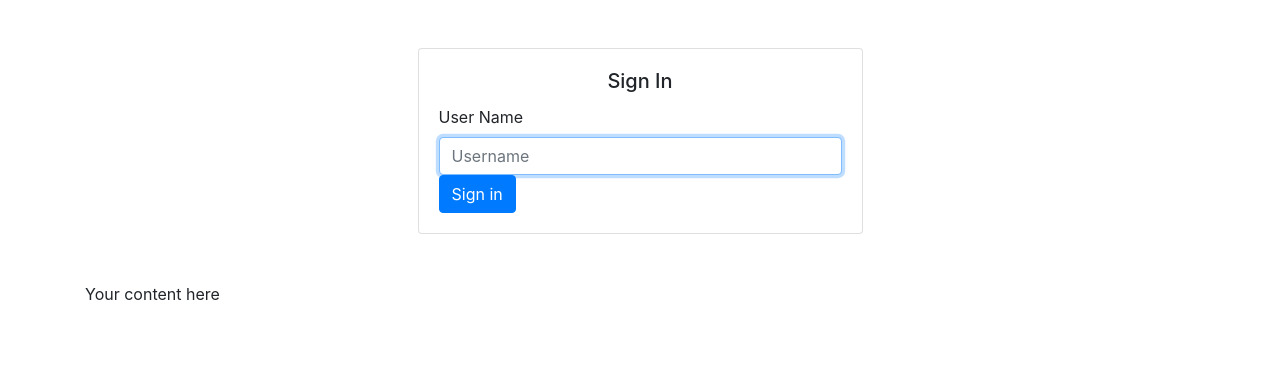
Repository: pravinsakthivel/ecommerce
Page: /
An editor plug-in stored every save of this project. The page is shown before and after the next save, followed by the edit.
The browser window is 1280 px wide. The pictures show the whole page.
The project was rebuilt for these pictures with package versions that can differ from the ones it lists, and the page was loaded fresh each time. Also part of the build but not shown: src/components/ProductItem.vue, src/components/UI/ShoppingCartIcon.vue, src/components/UI/NavigationBar.vue, src/components/UI/SearchBar.vue, src/components/ProductDescriptionModal.vue, src/components/ProductList.vue, src/components/PayPalComponent.vue, src/components/PaymentDetails.vue and 5 more.

Above is the page before, as saved 2021-04-10 20:41:36.

### public/index.html
<!DOCTYPE html>
<html lang="">
  <head>
    <meta charset="utf-8">
    <meta http-equiv="X-UA-Compatible" content="IE=edge">
    <meta name="viewport" content="width=device-width,initial-scale=1.0">
    <link rel="icon" href="<%= BASE_URL %>favicon.ico">
    <link href="https://fonts.googleapis.com/css?family=Nunito+Sans:400,400i,700,900&display=swap" rel="stylesheet">
    <title><%= htmlWebpackPlugin.options.title %></title>
  </head>
  <body>
    <noscript>
      <strong>We're sorry but <%= htmlWebpackPlugin.options.title %> doesn't work properly without JavaScript enabled. Please enable it to continue.</strong>
    </noscript>
    <div id="app"></div>
    <!-- built files will be auto injected -->
  </body>
</html>

### src/main.js
import { createApp } from 'vue';
import App from './App.vue';
import router from './router.js';
import store from './store.js';
import 'bootstrap';
import 'font-awesome/css/font-awesome.min.css';
import 'bootstrap/dist/css/bootstrap.min.css';
import BaseButton from "./components/UI/BaseButton.vue";
import BaseBadge from './components/UI/BaseBadge.vue';
import TheJumbotrom from './components/UI/TheJumbotron.vue';
import BaseModal from './components/UI/BaseModal.vue';



const app = createApp(App);
app.use(router);
app.use(store);
app.component('base-button',BaseButton);
app.component('base-badge',BaseBadge);
app.component('the-jumbotron',TheJumbotrom);
app.component('base-modal',BaseModal);
app.mount('#app');

### src/App.vue
<template>
 <router-view></router-view>
 <div id="wrap">
  <div id="main" class="container clear-top">
    <p>Your content here</p>
  </div>
</div>
<footer class="footer"></footer>
</template>

<script>

export default {
  name: 'App',
}
</script>

<style scoped>
html, body {
  height: 100%;
}

#wrap {
  min-height: 100%;
}

#main {
  overflow:auto;
  padding-bottom:150px; /* this needs to be bigger than footer height*/
}

.footer {
  position: relative;
  margin-top: -150px; /* negative value of footer height */
  height: 150px;
  clear:both;
  padding-top:20px;
}
</style>

### src/router.js
import { createRouter, createWebHistory } from "vue-router";
import ProductList from "./components/ProductList.vue";
import CartList from "./components/CartList.vue";
import OrderSuccessPage from "./components/UI/OrderSuccess.vue";
import LoginPage from "./components/UI/LoginPage.vue";

const router = createRouter({
  history: createWebHistory(),
  routes: [
    {
      path: "/",
      redirect: "/login",
    },
    {
      path: "/cartIems",
      component: CartList,
    },
    {
      path: "/products",
      component: ProductList,
    },
    {
      path: "/orderSuccessPage",
      component: OrderSuccessPage,
    },
    {
      path: "/login",
      component: LoginPage,
    },
  ],
});

export default router;

### src/store.js
import {createStore} from 'vuex';
import productModule from './store/products/index.js'

const store = createStore({
   modules:{
        products:productModule
   }
});

export default store;

### src/components/UI/BaseButton.vue
<template>
    <button
        class="btn btn-primary"
        type="submit"
        @click.prevent="clickAction"
      >
        <slot></slot>
      </button>
</template>
<script>
export default {
    emits:['click-action'],
    methods:{
        clickAction(){
            this.$emit('click-action');
        }
    }
}
</script>

### src/components/UI/LoginPage.vue
<template>
  <div class="container">
    <div class="row">
      <div class="col-sm-9 col-md-7 col-lg-5 mx-auto">
        <div class="card card-signin my-5">
          <div class="card-body">
            <h5 class="card-title text-center">Sign In</h5>
            <form class="form-signin">
              <div class="form-label-group">
                <label for="userName">User Name</label>
                <input
                  type="text"
                  id="userName"
                  class="form-control"
                  :class="{ 'is-invalid': errorClass }"
                  placeholder="Username"
                  required
                  autofocus
                  v-model="userName"
                />
              </div>
              <base-button
                customClass="btn mt-3  btn-primary btn-block text-uppercase"
                @click-action="login"
                >Sign in</base-button
              >
            </form>
          </div>
        </div>
      </div>
    </div>
  </div>
</template>
<script>
export default {
  data() {
    return {
      userName: "",
      errorClass: false,
    };
  },
  methods: {
    login() {
      if (this.userName != "") {
        this.errorClass = false;
        this.$store.dispatch("products/setUser", this.userName);
        this.$router.push("/products");
      } else {
        this.errorClass = true;
      }
    },
  },
};
</script>

### src/store/products/index.js
import actions from './actions.js';
import getters from './getters.js';
import mutations from './mutations.js';

export default{
    namespaced:true,
    state(){
        return{
            products: [],
            cartItems: [],
            productsIdsInCart:[],
            searchedItems:[],
            lastUpdated:null,
            loggedInUser :''
        }
    },
    actions,
    getters,
    mutations
}

### src/store/products/actions.js
export default {
  async loadProducts(context,forceRefresh) {
    console.log(context.getters.shouldRefresh , forceRefresh);
    if(!context.getters.shouldRefresh && !forceRefresh){
      console.log("sending cache data");
      return;
    }
    console.log("sending fetched data");
    let url = `https://products-data-b01f9-default-rtdb.firebaseio.com/products/-MXaxOFKGRgCKs_OkzrR.json`;
    let response = await fetch(url);
    let responseData = await response.json();
    context.commit("setProducts", responseData);
    context.commit("setTimeStamp");
  },
  setProducts(context, payload) {
    context.commit("setProducts", payload);
  },
  addProductItemToCart(context, product) {
    let cartItems = [...context.getters.getCartItems, product];
    context.dispatch("addProductIdInCart", product.productId);
    context.commit("setCartItems", cartItems);
  },
  addProductIdInCart(context, data) {
    let productIdsInCart = [...context.getters.getproductIdsIncart, data];
    context.commit("setProductIdsInCart", productIdsInCart);
  },
  setCartItems(context, data) {
    context.commit("setCartItems", data);
  },
  removeCartItem(context, productId) {
    let cartItems = context.getters.getCartItems;
    let filteredItems = cartItems.filter((item) => {
      return item.productId != productId;
    });
    context.dispatch("removeProductIdInCart", productId);
    context.commit("setCartItems", filteredItems);
  },
  removeProductIdInCart(context, productId) {
    let productIdsInCart = context.getters.getproductIdsIncart;
    const index = productIdsInCart.indexOf(productId);
    if (index > -1) {
      productIdsInCart.splice(index, 1);
    }
    context.commit("setProductIdsInCart", productIdsInCart);
  },
  setSearchedItems(context, payload) {
    context.commit("setSearchedItems", payload);
  },
  setUser(context,userName){
    context.commit("setUser",userName);
  },
  resetProductIdsInCart(context){
    context.commit("setProductIdsInCart",[])
  }
};

### src/store/products/getters.js
export default {
  getProducts(state) {
    return state.products;
  },
  getCartItems(state) {
    return state.cartItems;
  },
  getproductIdsIncart(state) {
    return state.productsIdsInCart;
  },
  shouldRefresh(state) {
    let lastUpdate = state.lastUpdated;
    if (!lastUpdate) {
      return true;
    }
    const currentTimeStamp = new Date().getTime();
    return (currentTimeStamp - lastUpdate) / 1000 > 60;
  },
  getSearchItems(state){
      return state.searchedItems;
  },
  getLoggedInUser(state){
    return state.loggedInUser;
  }
};

### src/store/products/mutations.js
export default {
  setCartItems(state, payload) {
    state.cartItems = payload;
  },
  setProducts(state, payload) {
    state.products = payload;
  },
  setProductIdsInCart(state, payload) {
    state.productsIdsInCart = payload;
  },
  setTimeStamp(state) {
    state.lastUpdated = new Date().getTime();
  },
  setSearchedItems(state, payload) {
    state.searchedItems = payload;
  },
  setUser(state, userName) {
    state.loggedInUser = userName;
  },
};

After the next save:
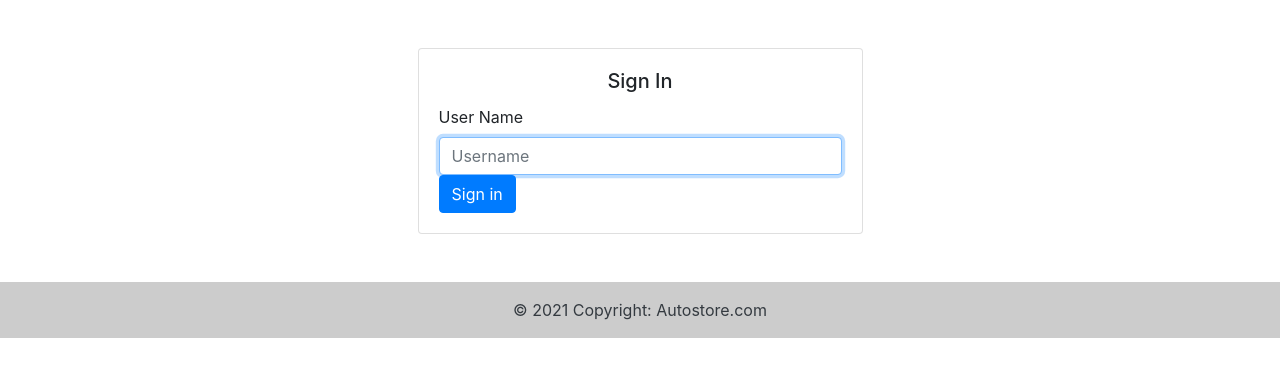
Saved 118 s later.
--- a/src/App.vue
+++ b/src/App.vue
@@ -1,11 +1,9 @@
 <template>
  <router-view></router-view>
- <div id="wrap">
-  <div id="main" class="container clear-top">
-    <p>Your content here</p>
+ <div class="text-center text-dark p-3" style="background-color: rgba(0, 0, 0, 0.2);">
+    © 2021 Copyright:
+    <a class="text-dark" href="#">Autostore.com</a>
   </div>
-</div>
-<footer class="footer"></footer>
 </template>
 
 <script>
@@ -16,24 +14,11 @@ export default {
 </script>
 
 <style scoped>
-html, body {
-  height: 100%;
-}
-
-#wrap {
-  min-height: 100%;
-}
-
-#main {
-  overflow:auto;
-  padding-bottom:150px; /* this needs to be bigger than footer height*/
-}
-
 .footer {
-  position: relative;
-  margin-top: -150px; /* negative value of footer height */
-  height: 150px;
-  clear:both;
-  padding-top:20px;
+  position: fixed;
+  left: 0;
+  bottom: 0;
+  width: 100%;
+  text-align: center;
 }
 </style>
